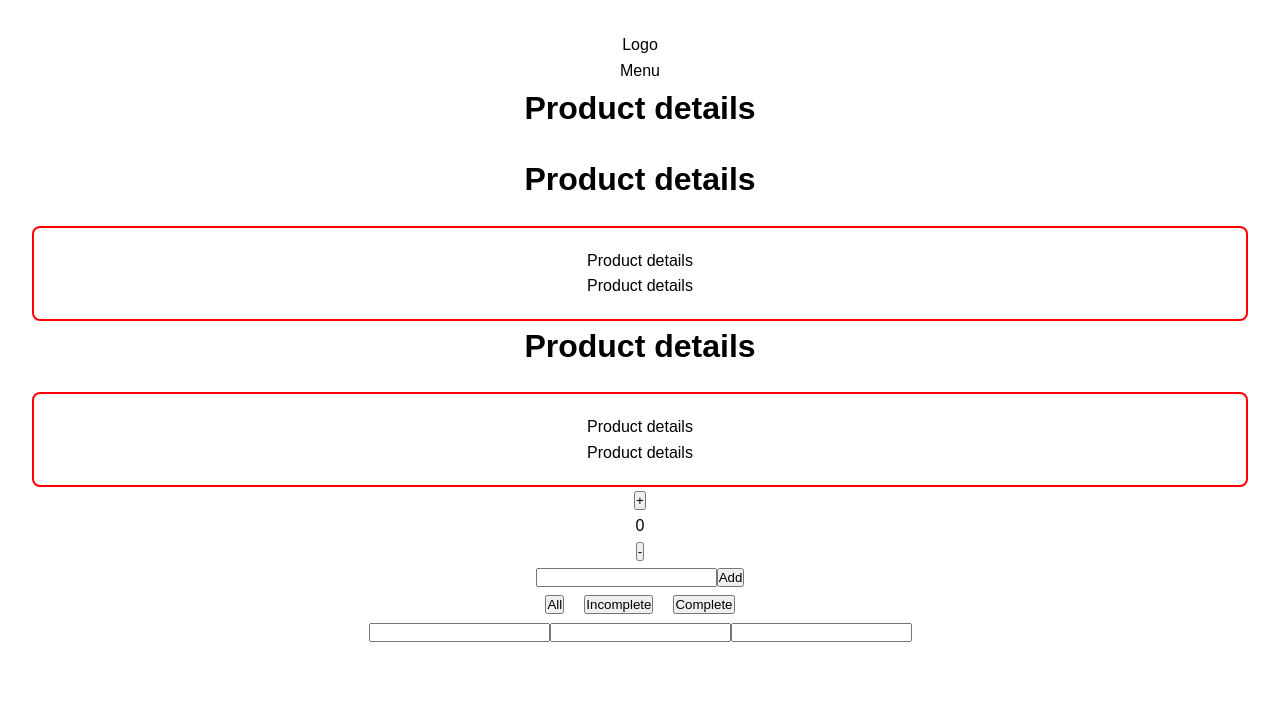
Repository: Manny1294/react-learning
Page: /
These files come from the project's save history. The page is drawn as it stood at one moment and after the next save; the edit follows.
The browser window is 1280 px wide. The pictures show the whole page.
The project was rebuilt for these pictures with package versions that can differ from the ones it lists, and the page was loaded fresh each time. Also part of the build but not shown: vite.config.js, src/components/Toggle.jsx.

Above is the page before, as saved 2026-02-01 14:52:11.

### index.html
<!doctype html>
<html lang="en">
  <head>
    <meta charset="UTF-8" />
    <link rel="icon" type="image/svg+xml" href="/vite.svg" />
    <meta name="viewport" content="width=device-width, initial-scale=1.0" />
    <title>my-react-lesson</title>
  </head>
  <body>
    <div id="root"></div>
    <script type="module" src="/src/main.jsx"></script>
  </body>
</html>

### src/index.css
* {
  margin: 0;
  padding: 0;
  box-sizing: border-box;
}

body {
  font-family: Arial, Helvetica, sans-serif;
  line-height: 1.6;
}

### src/App.jsx
import "./App.css";
import ProductCard from "./components/ProductCard";
import NavBar from "./components/NavBar";
import PerfumeImg from "./assets/perfume.jpg";
import Counter from "./components/Counter";
import Todos from "./components/TodoList";
import Toggle from "./components/Toggle";
import ContactList from "./components/ContactList";

export default function App() {
  const Product = {
    name: "beans",
    price: "200",
    image: PerfumeImg,
    description: "Nigerian-made long grain rice",
  };
  const Product2 = {
    name: "orange",
    price: "700",
    image: PerfumeImg,
    description: "home made orange",
  };
  return (
    <div>
      <NavBar />
      <h1 style={{ marginBottom: "20px" }}>Product details</h1>
      <ProductCard
        name={Product.name}
        price={Product.price}
        image={Product.image}
        description={Product.description}
      />
      <ProductCard
        name={Product2.name}
        price={Product2.price}
        image={Product2.image}
        description={Product2.description}
      />
      <Counter />
      <Todos />
      {/* <Toggle /> */}
      <ContactList />
    </div>
  );
}

// export default App;

### src/components/ProductCard.jsx
import "./ProductCard.css";

function ProductCard() {
  return (
    <>
      <h1 style={{ marginBottom: "20px" }}>Product details</h1>
      <div className="card">
        {/* left- pictures */}
        <div>
          <p>Product details</p>
        </div>
        <div>
          <p>Product details</p>
        </div>
      </div>
    </>
  );
}

export default ProductCard;

### src/components/NavBar.jsx
export default function NavBar() {
  return (
    <div>
      <div>
        <p>Logo</p>
      </div>
      <div>
        <p>Menu</p>
      </div>
    </div>
  );
}

### src/components/Counter.jsx
import { useState } from "react";
export default function Counter() {
  const [count, setCount] = useState(0);

  function increaseCount() {
    setCount(count + 1);
  }

  function decreaseCount() {
    if (count > 0) {
      setCount(count - 1);
    }
  }
  return (
    <>
      <button onClick={increaseCount}>+</button>
      <p>{count}</p>
      <button onClick={decreaseCount}>-</button>
    </>
  );
}

### src/components/TodoList.jsx
import { useState } from "react";

export default function Todos() {
  const [todos, setTodos] = useState([]);
  // to track changes when typing in the input textbox
  const [input, setInput] = useState("");

  const [filter, setFilter] = useState("all");

  // to add todo item to the todos object array and clear the input to an empty string afterwards
  function addTodos() {
    setTodos([...todos, { text: input, completed: false }]);
    setInput("");
  }

  // to delete each todo item by filtering through the index
  function deleteTodo(index) {
    setTodos(todos.filter((_, i) => i !== index));
  }

  // to strike through a completed todo item using the index as identifier
  function toggleComplete(index) {
    setTodos(
      todos.map((todo, i) =>
        // confirm if it's the todo we click on and change status if not leave as it is
        i === index ? { ...todo, completed: !todo.completed } : todo,
      ),
    );
  }

  // logic to filter the todos based on their status
  let filteredTodos;
  if (filter === "all") {
    filteredTodos = todos;
  } else if (filter === "complete") {
    filteredTodos = todos.filter((todo) => todo.completed === true);
  } else if (filter === "incomplete") {
    filteredTodos = todos.filter((todo) => todo.completed === false);
  }

  return (
    <>
      <div>
        <input
          type="text"
          value={input}
          onChange={(event) => {
            console.log("Typing:", event.target.value);
            setInput(event.target.value);
          }}
        ></input>

        <button onClick={addTodos}>Add</button>
        <div
          style={{
            display: "flex",
            gap: "20px",
            alignItems: "center",
            justifyContent: "center",
            margin: "5px",
          }}
        >
          {/* buttons to filter the different starus of todo. items */}
          <button onClick={() => setFilter("all")}>All</button>
          <button onClick={() => setFilter("incomplete")}>Incomplete</button>
          <button onClick={() => setFilter("complete")}>Complete</button>
        </div>

        {/* conditional rendering */}
        {filteredTodos.map((todo, index) => (
          <li
            key={index}
            onClick={() => toggleComplete(index)}
            style={{
              textDecoration: todo.completed ? "line-through" : "none",
              color: todo.completed ? "red" : "black",
              cursor: "pointer",
            }}
          >
            {todo.text}
            <button
              onClick={(e) => {
                e.stopPropagation();
                deleteTodo(index);
              }}
            >
              Delete
            </button>
          </li>
        ))}
      </div>
    </>
  );
}

### src/components/ContactList.jsx
import { useState } from "react";

export default function ContactList() {
  const [contacts, setContacts] = useState([]);

  const [input, setInput] = useState({ name: "", email: "", phone: "" });

  return (
    <>
      <div>
        {/* Name */}
        <input
          type="text"
          value={input.name}
          onChange={(event) => {
            console.log("Typing:", event.target.value);
            setInput({ ...input, name: event.target.value });
          }}
        ></input>

        {/* email */}
        <input
          type="text"
          value={input.email}
          onChange={(event) => {
            console.log("Typing:", event.target.value);

            // spreads the input to reveal the full object and target the particular property needed
            setInput({ ...input, email: event.target.value });
          }}
        ></input>

        {/* phone */}
        <input
          type="number"
          value={input.phone}
          onChange={(event) => {
            console.log("Typing:", event.target.value);
            setInput({ ...input, phone: event.target.value });
          }}
        ></input>
      </div>
    </>
  );
}

### src/components/ProductCard.css
.card {
  border: 2px solid hsl(0, 100%, 50%);
  padding: 20px;
  border-radius: 8px;
}

Loaded but not shown: src/main.jsx (common file); src/App.css (common file)

After the next save:
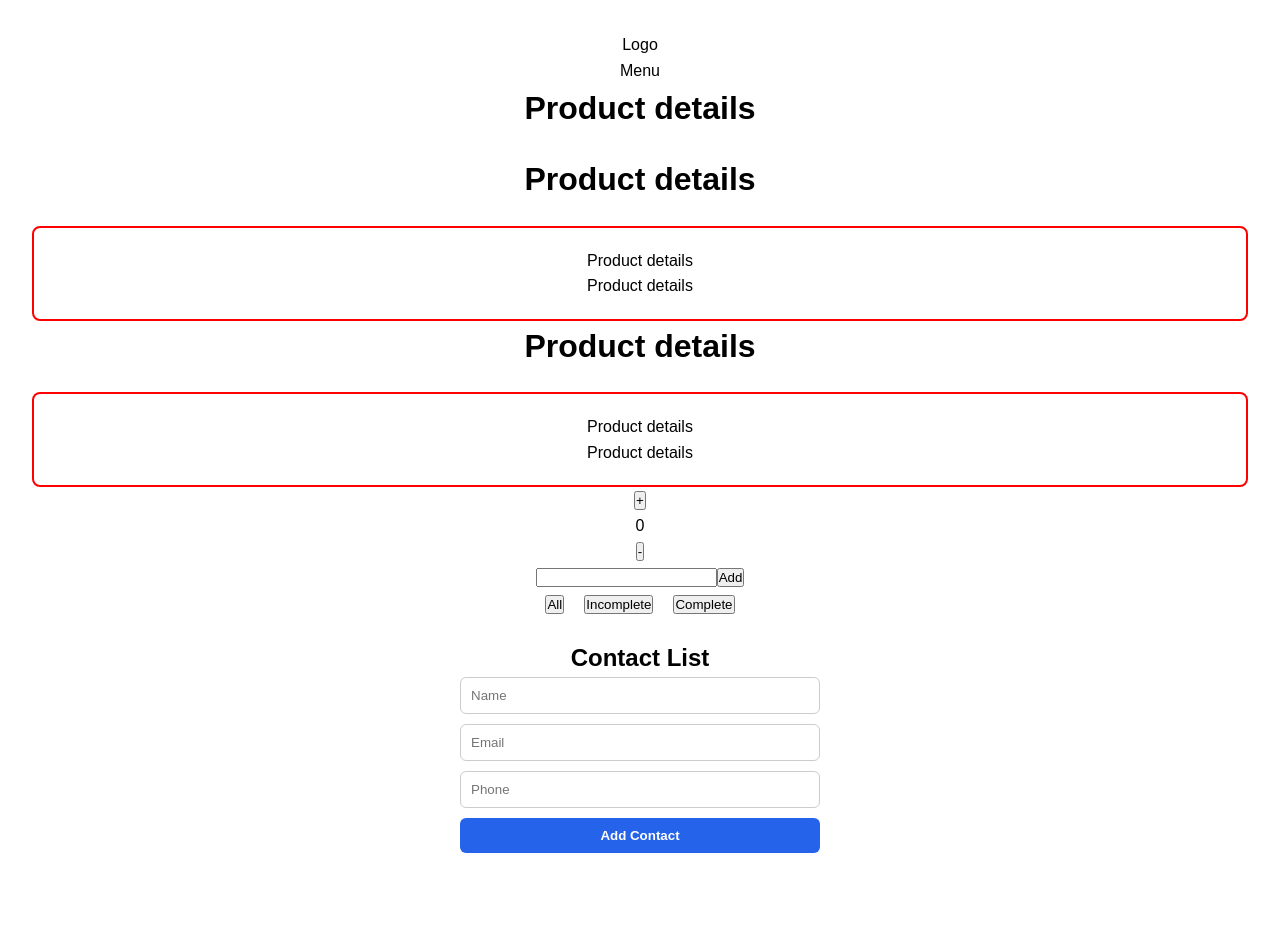
Saved 2 min 3 s later.
--- a/src/components/ContactList.jsx
+++ b/src/components/ContactList.jsx
@@ -2,43 +2,121 @@ import { useState } from "react";
 
 export default function ContactList() {
   const [contacts, setContacts] = useState([]);
+  const [input, setInput] = useState({ name: "", email: "", phone: "" });
 
-  const [input, setInput] = useState({ name: "", email: "", phone: "" });
+  function addContact() {
+    setContacts([...contacts, input]);
+    setInput({ name: "", email: "", phone: "" });
+  }
 
   return (
     <>
-      <div>
-        {/* Name */}
-        <input
-          type="text"
-          value={input.name}
-          onChange={(event) => {
-            console.log("Typing:", event.target.value);
-            setInput({ ...input, name: event.target.value });
-          }}
-        ></input>
+      <div style={{ padding: "20px", maxWidth: "400px", margin: "0 auto" }}>
+        <h2>Contact List</h2>
 
-        {/* email */}
-        <input
-          type="text"
-          value={input.email}
-          onChange={(event) => {
-            console.log("Typing:", event.target.value);
+        <div style={{ display: "flex", flexDirection: "column", gap: "10px" }}>
+          <input
+            type="text"
+            placeholder="Name"
+            value={input.name}
+            onChange={(event) =>
+              setInput({ ...input, name: event.target.value })
+            }
+            style={{
+              padding: "10px",
+              borderRadius: "6px",
+              border: "1px solid #ccc",
+            }}
+          />
 
-            // spreads the input to reveal the full object and target the particular property needed
-            setInput({ ...input, email: event.target.value });
-          }}
-        ></input>
+          <input
+            type="text"
+            placeholder="Email"
+            value={input.email}
+            onChange={(event) =>
+              setInput({ ...input, email: event.target.value })
+            }
+            style={{
+              padding: "10px",
+              borderRadius: "6px",
+              border: "1px solid #ccc",
+            }}
+          />
 
-        {/* phone */}
-        <input
-          type="number"
-          value={input.phone}
-          onChange={(event) => {
-            console.log("Typing:", event.target.value);
-            setInput({ ...input, phone: event.target.value });
-          }}
-        ></input>
+          <input
+            type="number"
+            placeholder="Phone"
+            value={input.phone}
+            onChange={(event) =>
+              setInput({ ...input, phone: event.target.value })
+            }
+            style={{
+              padding: "10px",
+              borderRadius: "6px",
+              border: "1px solid #ccc",
+            }}
+          />
+
+          <button
+            onClick={addContact}
+            style={{
+              padding: "10px",
+              background: "#2563eb",
+              color: "white",
+              border: "none",
+              borderRadius: "6px",
+              cursor: "pointer",
+              fontWeight: "600",
+            }}
+          >
+            Add Contact
+          </button>
+        </div>
+
+        {/* Display contacts */}
+        <ul style={{ listStyle: "none", marginTop: "20px", padding: 0 }}>
+          {contacts.map((contact, index) => (
+            <li
+              key={index}
+              style={{
+                border: "1px solid #e0e0e0",
+                borderRadius: "8px",
+                padding: "12px",
+                marginBottom: "10px",
+                display: "flex",
+                justifyContent: "space-between",
+                alignItems: "center",
+              }}
+            >
+              <div>
+                <p style={{ margin: "4px 0", fontWeight: "600" }}>
+                  {contact.name}
+                </p>
+                <p style={{ margin: "4px 0", color: "#666", fontSize: "14px" }}>
+                  {contact.email}
+                </p>
+                <p style={{ margin: "4px 0", color: "#666", fontSize: "14px" }}>
+                  {contact.phone}
+                </p>
+              </div>
+              <button
+                onClick={() =>
+                  setContacts(contacts.filter((_, i) => i !== index))
+                }
+                style={{
+                  background: "#ef4444",
+                  color: "white",
+                  border: "none",
+                  borderRadius: "6px",
+                  padding: "6px 12px",
+                  cursor: "pointer",
+                }}
+              >
+                Delete
+              </button>
+            </li>
+          ))}
+        </ul>
       </div>
     </>
   );
